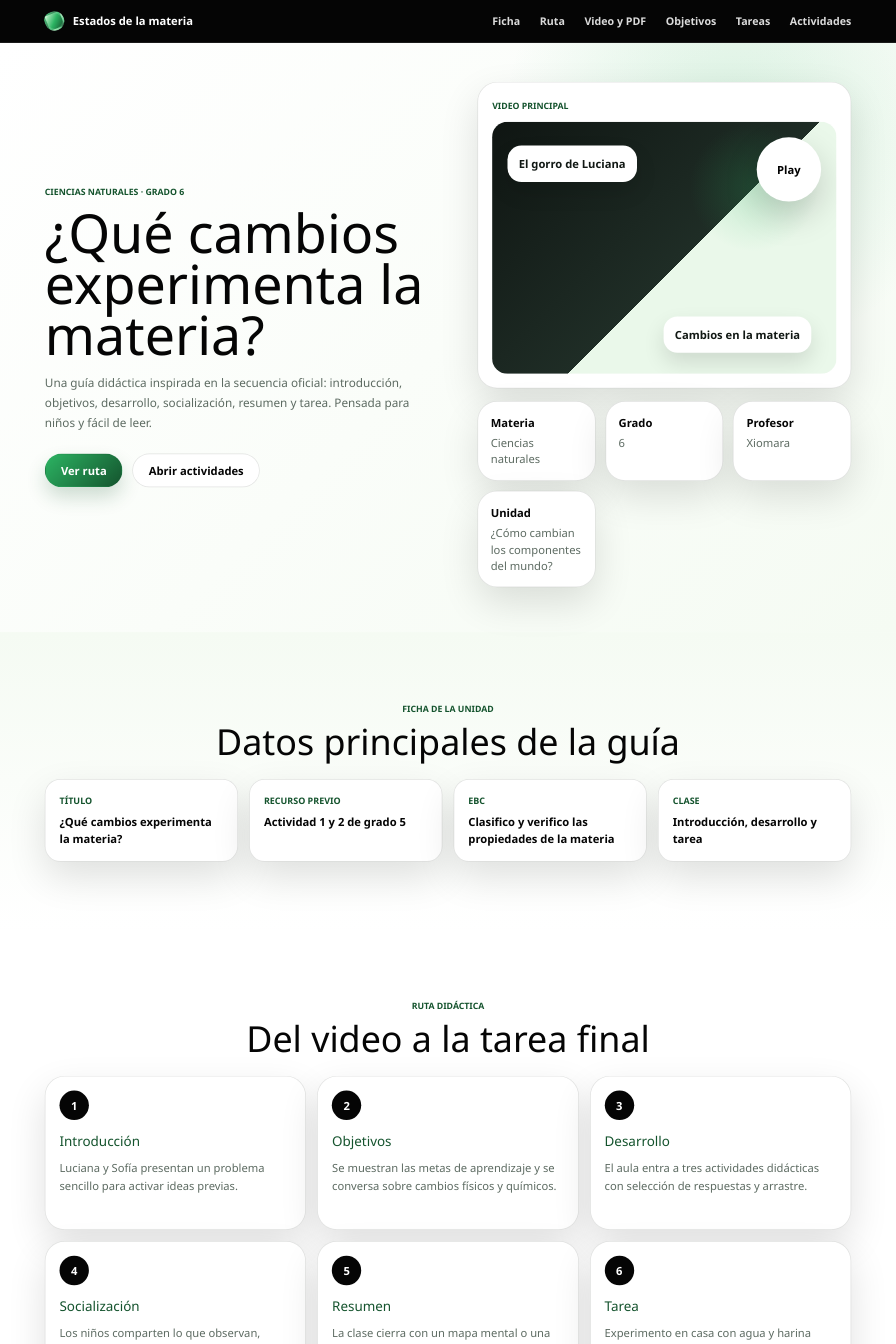
Repository: profexiomy40-ops/Ciencia-Tierra.
Page: http://localhost/
An editor plug-in stored every save of this project. The page is shown before and after the next save, followed by the edit.
The browser window is 1280 px wide. The pictures show the part of the page from y = 0 to 1920 px (the page is 4128 px tall before and 4204 px after), at 70% of full size.
The page is served by the project's Laravel application, run on PHP 8.4 with Laravel 12. Other server files are loaded and not shown. Style sheets and scripts are compiled from the project's sources, by tool versions that may differ from the author's.

Above is the page before, as saved 2026-07-15 22:40:38.

### routes/web.php
<?php

use Illuminate\Support\Facades\Route;

Route::get('/', function () {
    return view('welcome');
});

Route::get('/retos-naturales', function () {
    return view('retos');
})->name('retos');

Route::get('/laboratorio-materia', function () {
    return view('retos');
});

Route::get('/actividad-2-esquema', function () {
    return view('actividad2');
})->name('actividad2');

Route::get('/tareas-materia', function () {
    return view('tareas');
})->name('tareas');

### resources/views/welcome.blade.php
<!DOCTYPE html>
<html lang="es">
<head>
    <meta charset="utf-8">
    <meta name="viewport" content="width=device-width, initial-scale=1">
    <meta name="description" content="Guía didáctica de ciencias para grado 6 sobre los cambios físicos y químicos de la materia.">
    <title>Estados de la materia | Ciencia Tierra</title>
    @vite(['resources/css/app.css', 'resources/js/app.js'])
</head>
<body>
    <header class="topbar">
        <a class="logo" href="{{ url('/') }}" aria-label="Estados de la materia inicio">
            <span class="logo-symbol"></span>
            <span>Estados de la materia</span>
        </a>
        <nav class="nav-menu" aria-label="Navegacion principal">
            <a href="#ficha">Ficha</a>
            <a href="#ruta">Ruta</a>
            <a href="#video-pdf">Video y PDF</a>
            <a href="#objetivos">Objetivos</a>
            <a href="{{ route('tareas') }}">Tareas</a>
            <a href="{{ route('retos') }}">Actividades</a>
        </nav>
    </header>

    <main>
        <section class="hero-guide">
            <div class="hero-copy">
                <span class="eyebrow">Ciencias naturales · Grado 6</span>
                <h1>¿Qué cambios experimenta la materia?</h1>
                <p>
                    Una guía didáctica inspirada en la secuencia oficial: introducción, objetivos,
                    desarrollo, socialización, resumen y tarea. Pensada para niños y fácil de leer.
                </p>
                <div class="hero-actions">
                    <a class="btn primary" href="#ruta">Ver ruta</a>
                    <a class="btn ghost" href="{{ route('retos') }}">Abrir actividades</a>
                </div>
            </div>

            <div class="hero-panel">
                <div class="video-feature">
                    <span class="section-kicker">Video principal</span>
                    <div class="video-stage">
                        <div class="play-chip">Play</div>
                        <div class="speech-bubble left">El gorro de Luciana</div>
                        <div class="speech-bubble right">Cambios en la materia</div>
                    </div>
                </div>
                <div class="unit-tags">
                    <article>
                        <strong>Materia</strong>
                        <span>Ciencias naturales</span>
                    </article>
                    <article>
                        <strong>Grado</strong>
                        <span>6</span>
                    </article>
                    <article>
                        <strong>Profesor</strong>
                        <span>Xiomara</span>
                    </article>
                    <article>
                        <strong>Unidad</strong>
                        <span>¿Cómo cambian los componentes del mundo?</span>
                    </article>
                </div>
            </div>
        </section>

        <section class="section fact-sheet" id="ficha" aria-labelledby="ficha-title">
            <div class="section-heading centered">
                <span class="section-kicker">Ficha de la unidad</span>
                <h2 id="ficha-title">Datos principales de la guía</h2>
            </div>
            <div class="facts-grid">
                <article>
                    <span>Título</span>
                    <strong>¿Qué cambios experimenta la materia?</strong>
                </article>
                <article>
                    <span>Recurso previo</span>
                    <strong>Actividad 1 y 2 de grado 5</strong>
                </article>
                <article>
                    <span> EBC </span>
                    <strong>Clasifico y verifico las propiedades de la materia</strong>
                </article>
                <article>
                    <span>Clase</span>
                    <strong>Introducción, desarrollo y tarea</strong>
                </article>
            </div>
        </section>

        <section class="section roadmap" id="ruta" aria-labelledby="ruta-title">
            <div class="section-heading centered">
                <span class="section-kicker">Ruta didáctica</span>
                <h2 id="ruta-title">Del video a la tarea final</h2>
            </div>
            <div class="roadmap-track">
                <article>
                    <span>1</span>
                    <h3>Introducción</h3>
                    <p>Luciana y Sofía presentan un problema sencillo para activar ideas previas.</p>
                </article>
                <article>
                    <span>2</span>
                    <h3>Objetivos</h3>
                    <p>Se muestran las metas de aprendizaje y se conversa sobre cambios físicos y químicos.</p>
                </article>
                <article>
                    <span>3</span>
                    <h3>Desarrollo</h3>
                    <p>El aula entra a tres actividades didácticas con selección de respuestas y arrastre.</p>
                </article>
                <article>
                    <span>4</span>
                    <h3>Socialización</h3>
                    <p>Los niños comparten lo que observan, comparan y explican sus elecciones.</p>
                </article>
                <article>
                    <span>5</span>
                    <h3>Resumen</h3>
                    <p>La clase cierra con un mapa mental o una idea corta para recordar.</p>
                </article>
                <article>
                    <span>6</span>
                    <h3>Tarea</h3>
                    <p>Experimento en casa con agua y harina para dibujar y explicar lo que pasó.</p>
                </article>
            </div>
        </section>

        <section class="section media-split" id="video-pdf" aria-labelledby="media-title">
            <div class="media-column">
                <div class="section-heading">
                    <span class="section-kicker">Video</span>
                    <h2 id="media-title">Una apertura visual para iniciar la clase</h2>
                </div>
                <div class="video-card">
                    <div class="video-screen">
                        <span class="chip">Introducción</span>
                        <strong>El gorro luminoso de Sofía</strong>
                        <p>Un video de arranque para hablar de fuerza, luz, temperatura y cambios en materiales.</p>
                    </div>
                </div>
            </div>

            <aside class="pdf-card" aria-label="Guía en PDF">
                <span class="section-kicker">PDF docente</span>
                <h3>Material del docente</h3>
                <p>
                    La guía oficial resume objetivos, actividades 1, 2 y 3, socialización, resumen y tarea.
                </p>
                <ul>
                    <li>Objetivos de aprendizaje</li>
                    <li>Flujo de trabajo de la clase</li>
                    <li>Experimento con agua y harina</li>
                </ul>
                <a class="btn ghost" href="https://contenidosparaaprender.colombiaaprende.edu.co/G_3/S/MG/MG_S_G03_U04_L04.pdf" target="_blank" rel="noreferrer">Abrir PDF</a>
            </aside>
        </section>

        <section class="section objectives" id="objetivos" aria-labelledby="objetivos-title">
            <div class="section-heading centered">
                <span class="section-kicker">Objetivos</span>
                <h2 id="objetivos-title">Lo que el estudiante debe lograr</h2>
            </div>
            <div class="objective-list">
                <article>1. Distinguir estado inicial y estado final en un proceso.</article>
                <article>2. Describir efectos de temperatura, luz, humedad y fuerza.</article>
                <article>3. Reconocer cambios reversibles e irreversibles.</article>
                <article>4. Asociar cambios físicos con forma, volumen, movimiento y estado.</article>
                <article>5. Asociar cambios químicos con oxidación, combustión y nuevas sustancias.</article>
                <article>6. Explicar con palabras sencillas cambios físicos y químicos.</article>
                <article>7. Indagar cambios en la descomposición de residuos orgánicos.</article>
            </div>
        </section>

        <section class="section character-band" aria-label="Personajes">
            <article>
                <span class="avatar sofia"></span>
                <div>
                    <strong>Sofía</strong>
                    <p>Niña artista que observa, pregunta y responde con ejemplos simples.</p>
                </div>
            </article>
            <article>
                <span class="avatar luciana"></span>
                <div>
                    <strong>Luciana</strong>
                    <p>Explora materiales y propone experimentos para entender los cambios.</p>
                </div>
            </article>
            <article>
                <span class="avatar classroom"></span>
                <div>
                    <strong>Clase</strong>
                    <p>Todo queda listo para convertir la guía en una experiencia interactiva.</p>
                </div>
            </article>
        </section>
    </main>

    <footer class="guide-footer">
        <div class="footer-brand-block">
            <a class="logo footer-logo" href="{{ url('/') }}">
                <span class="logo-symbol"></span>
                <span>Estados de la materia</span>
            </a>
            <p>Guía didáctica para grado 6, basada en la secuencia oficial de Colombia Aprende.</p>
        </div>
        <nav class="footer-nav" aria-label="Enlaces del footer">
            <span>Explorar</span>
            <a href="#ficha">Ficha</a>
            <a href="#ruta">Ruta</a>
            <a href="{{ route('tareas') }}">Tareas</a>
            <a href="#objetivos">Objetivos</a>
            <a href="{{ route('retos') }}">Actividades</a>
        </nav>
        <div class="footer-status">
            <span>Estado</span>
            <strong>Guía lista para niños</strong>
            <p>Queda preparada para añadir animaciones, sonidos o más ejercicios.</p>
        </div>
        <small>Proyecto local editable en Laravel.</small>
    </footer>
</body>
</html>

Loaded but not shown: resources/js/bootstrap.js (common file); resources/js/app.js (264 lines, source omitted); resources/css/app.css (2123 lines, source omitted)

After the next save:
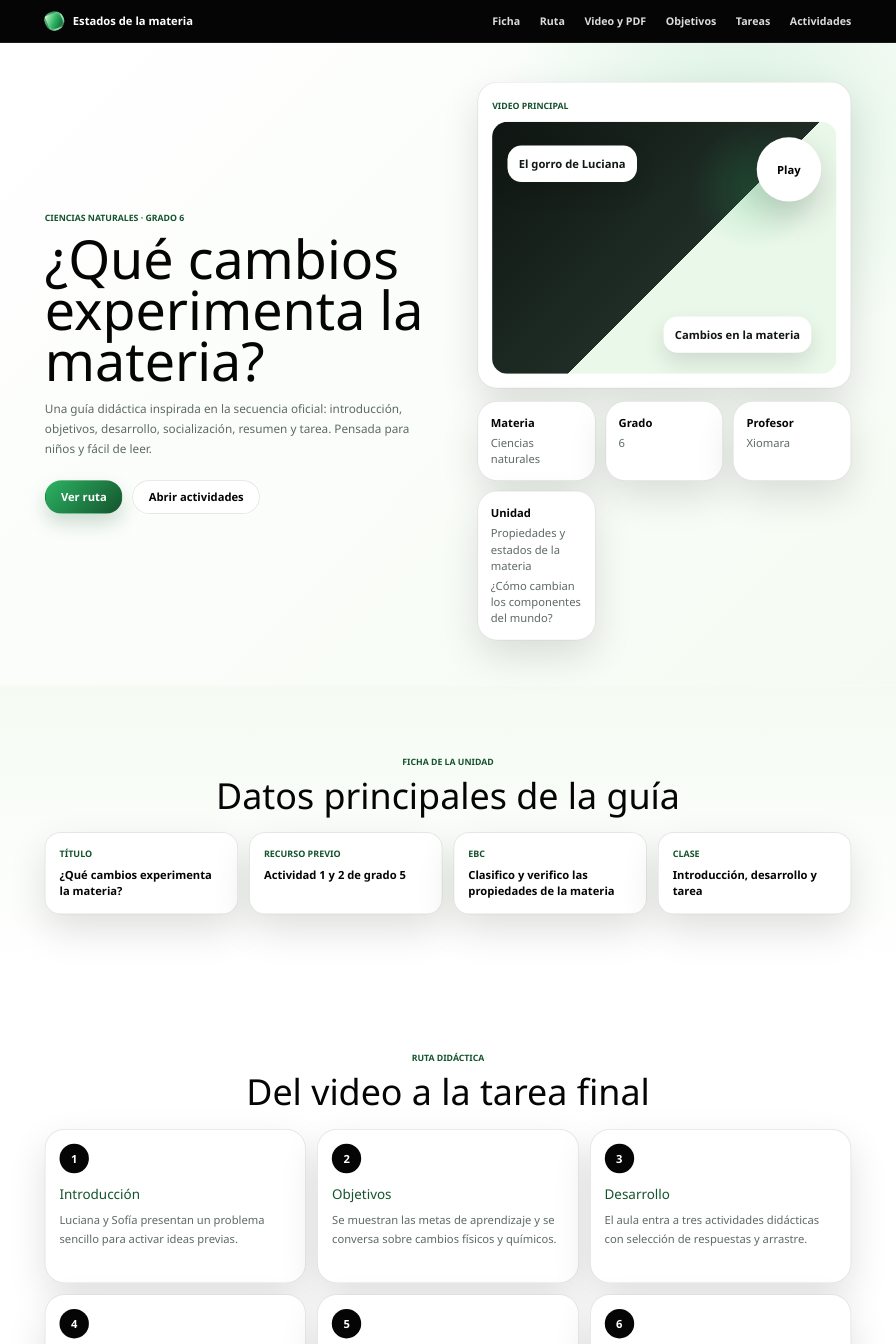
Saved 5 min 16 s later.
--- a/resources/views/welcome.blade.php
+++ b/resources/views/welcome.blade.php
@@ -62,6 +62,7 @@
                     </article>
                     <article>
                         <strong>Unidad</strong>
+                        <span>Propiedades y estados de la materia</span>
                         <span>¿Cómo cambian los componentes del mundo?</span>
                     </article>
                 </div>
@@ -83,7 +84,7 @@
                     <strong>Actividad 1 y 2 de grado 5</strong>
                 </article>
                 <article>
-                    <span> EBC </span>
+                    <span>EBC</span>
                     <strong>Clasifico y verifico las propiedades de la materia</strong>
                 </article>
                 <article>
